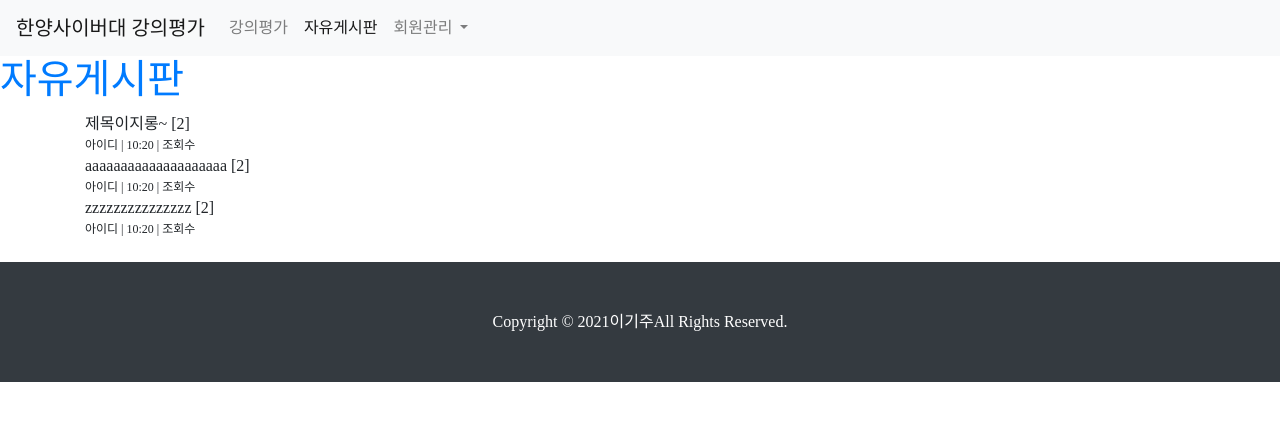
Repository: lkjjjang/hycu
Page: http://localhost/hycujjang/mobile.jsp
These files come from the project's save history. The page is drawn as it stood at one moment and after the next save; the edit follows.
The browser window is 1280 px wide. The pictures show the whole page.
Some web fonts or font styles are not loaded; a fallback is used. The page is served by Tomcat 9. Nobody is signed in. The application's start-up code is not run. Other server files are loaded and not shown.

Above is the page before, as saved 2022-01-02 09:19:31.

### hycujjang/WebContent/mobile.jsp
<%@ page language="java" contentType="text/html; charset=UTF-8"
    pageEncoding="UTF-8"%>
<%@ page import="java.util.ArrayList" %>
<%@ page import="java.net.URLEncoder" %>
<%@ page import="java.io.PrintWriter" %>
<%@ taglib prefix="c" uri="http://java.sun.com/jsp/jstl/core"%>
<%@ taglib prefix="fmt" uri="http://java.sun.com/jsp/jstl/fmt"%>

<!DOCTYPE html>
<html>
<head>
	<meta charset="UTF-8">
	<meta name="viewport" content="width=device-width, initial-scale=1, shrink-to-fit=no">
	<title>한양사이버대 강의평가</title>
	<!-- 부트스트랩 CSS 추가하기 -->
	<link rel="stylesheet"
			href="https://stackpath.bootstrapcdn.com/bootstrap/4.4.1/css/bootstrap.min.css"
			integrity="sha384-Vkoo8x4CGsO3+Hhxv8T/Q5PaXtkKtu6ug5TOeNV6gBiFeWPGFN9MuhOf23Q9Ifjh"
			crossorigin="anonymous">
	<!-- 커스텀 CSS 추가하기 -->
	<link rel="stylesheet" href="./css/custom.css">
	<style>
		.b{
			border: solid 1px black;
		}
	</style>
</head>
<body>
	<nav class="navbar navbar-expand-md navbar-light bg-light">
		<a class="navbar-brand" href="index.jsp">한양사이버대 강의평가</a>
		<button class="navbar-toggler" type="button" data-toggle="collapse" data-target="#navbar">
			<span class="navbar-toggler-icon"></span>
		</button>
		<div id="navbar" class="collapse navbar-collapse">
			<ul class="navbar-nav mr-auto">
				<li class="nav-item">
					<a class="nav-link" href="lectureBoardController?pageNumber=1">강의평가</a>
				</li>
				<li class="nav-item active">
					<a class="nav-link" href="freeBoardController?pageNumber=1">자유게시판</a>
				</li>
				<li class="nav-item dropdown">
					<a class="nav-link dropdown-toggle" id="dropdown" data-toggle="dropdown" href="index.jsp">
						회원관리
					</a>
					<div class="dropdown-menu" aria-labelledby="dropdown">
						<a class="dropdown-item" href="logout.jsp">로그아웃</a>
					</div>
				</li>
			</ul>
		</div>
	</nav>
	<h1>
   		<a class="ed link-primary text-bold title-underline" href="freeBoardController?pageNumber=1">자유게시판</a>
	</h1>
	<div class="container">
		<div class="row">
			<div class="col-12">
				제목이지롱~ [2]
			</div>
			<div class="col-12" style="font-size: 12px">
				아이디 | 10:20 | 조회수
			</div>
		</div>
		<div class="row">
			<div class="col-12">
				aaaaaaaaaaaaaaaaaaaa [2]
			</div>
			<div class="col-12" style="font-size: 12px">
				아이디 | 10:20 | 조회수
			</div>
		</div>
		<div class="row">
			<div class="col-12">
				zzzzzzzzzzzzzzz [2]
			</div>
			<div class="col-12" style="font-size: 12px">
				아이디 | 10:20 | 조회수
			</div>
		</div>
	</div>
  		<!--
  		${userID == 'admin'} 세션에 있는 유저 아이디
  		넘어오는 목록${freeBBS}
  		<c:if test="${userID == 'admin'}">
			<input type="checkbox" name="delCheck_id" id="delCheck_id" value="${freeBBS.bbsID}">
		</c:if>
		${freeBBS.bbsID}
		<a href="freeBoardDetailController?id=${freeBBS.bbsID}">${freeBBS.bbsTitle}</a>

  		${freeBBS.nickName}
  		${freeBBS.bbsHit}
  		${freeBBS.bbsDate}

  		-->
		<!-- 페이지번호 출력 -->
		<!-- 파라미터로 들어오는 페이지 번호를 이용해 startNum값을 구함 -->



	<footer class="bg-dark mt-4 p-5 text-center" style="color: #FFFFFF;">
		Copyright &copy; 2021이기주All Rights Reserved.
	</footer>
	<script src="https://code.jquery.com/jquery-3.6.0.js"
  			integrity="sha256-H+K7U5CnXl1h5ywQfKtSj8PCmoN9aaq30gDh27Xc0jk="
  			crossorigin="anonymous">
	</script>
	<script src="https://cdn.jsdelivr.net/npm/popper.js@1.16.0/dist/umd/popper.min.js"
			integrity="sha384-Q6E9RHvbIyZFJoft+2mJbHaEWldlvI9IOYy5n3zV9zzTtmI3UksdQRVvoxMfooAo"
			crossorigin="anonymous">
	</script>
	<script src="https://maxcdn.bootstrapcdn.com/bootstrap/4.0.0/js/bootstrap.min.js"
			integrity="sha384-JZR6Spejh4U02d8jOt6vLEHfe/JQGiRRSQQxSfFWpi1MquVdAyjUar5+76PVCmYl"
			crossorigin="anonymous">
	</script>
	<script type="text/javascript">
		function guestWrite() {
			alert('게스트 계정은 글작성이 불가능 합니다.');
		}
	</script>
	<script type="text/javascript">
		function deleteAll() {
			var checkList = document.getElementsByName('delCheck_id');
			var checkedList = new Array();
			var count = 0;
			for (var i = 0; i < checkList.length; i++) {
				if (checkList[i].checked == true) {
					count++;
					checkedList[i] = checkList[i].value;
				}
			}

			if (count == 0) {
				alert('선택사항이 없습니다.');
				return;
			}

			var data = new Array();
			for (var i = 0; i < checkedList.length; i++) {
				if (checkedList[i] != null) {
					var dataTemp = new Object();
					dataTemp.id = checkedList[i];
					data.push(dataTemp);
				}
			}

			$.ajax({
				type: "post",
				url: "freeBoardDeleteController",
				data: JSON.stringify(data),
				contentType: "application/json; charset=utf-8",
				dataType: "json",

				success: function(json) {
					if (json[0].resultCode == 'ok') {
						alert('삭제 되었습니다.');
					} else {
						alert('데이터베이스 오류 입니다.');
					}
					location.reload();
				},
				error: function(json) {
					alert('시스템 오류 입니다.')
				}
			});
		}
	</script>
	<script type="text/javascript">
		function select(tagID) {
			var id = tagID.id;
			var checkList = document.getElementsByName('delCheck_id');
			for (var i = 0; i < checkList.length; i++) {
				if (id == 'selectAll') {
					checkList[i].checked = true;
				} else {
					checkList[i].checked = false;
				}
			}

			if (id == 'selectAll') {
				changeId('cancel', '선택해제');
			} else {
				changeId('selectAll', '전체선택');
			}
		}

		function changeId(id, text)  {
			  const btnElement = document.getElementById('checkList');
			  btnElement.innerHTML = '<button class="btn btn-primary" id="' + id + '" onclick="select(this)">'+ text +'</button>' +
			  							'<button class="btn btn-danger" id="deleteAll" onclick="deleteAll()">선택삭제</button>';
		}
	</script>
</body>
</html>

### hycujjang/WebContent/css/custom.css
@import url(https://fonts.googleapis.com/earlyaccess/jejugothic.css);
@import url(https://fonts.googleapis.com/css2?family=Nanum+Gothic&display=swap);
.navbar-brand, h1, h2, h3, h4 {
	font-family: 'Jeju Gothic';
}
h5 {
	font-family: 'Jeju Gothic';
	font-size: 18px;
}
body {
	font-family: 'Nanum Gothic';
}

After the next save:
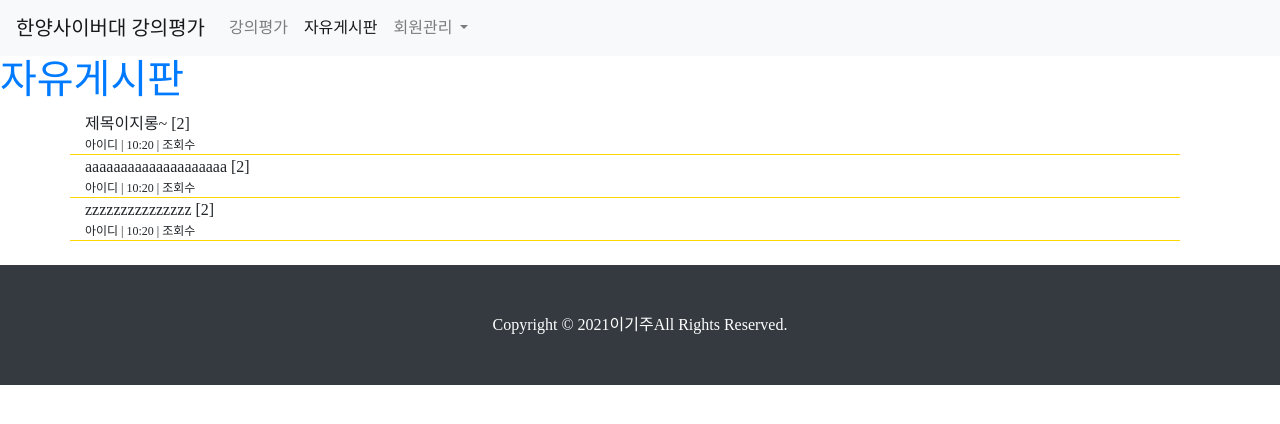
Saved 101 s later.
--- a/hycujjang/WebContent/mobile.jsp
+++ b/hycujjang/WebContent/mobile.jsp
@@ -54,7 +54,7 @@
    		<a class="ed link-primary text-bold title-underline" href="freeBoardController?pageNumber=1">자유게시판</a>
 	</h1>
 	<div class="container">
-		<div class="row">
+		<div class="row" style="height: auto; width: 100%; border-bottom:1px solid gold;">
 			<div class="col-12">
 				제목이지롱~ [2]
 			</div>
@@ -62,7 +62,7 @@
 				아이디 | 10:20 | 조회수
 			</div>
 		</div>
-		<div class="row">
+		<div class="row" style="height: auto; width: 100%; border-bottom:1px solid gold;">
 			<div class="col-12">
 				aaaaaaaaaaaaaaaaaaaa [2]
 			</div>
@@ -70,7 +70,7 @@
 				아이디 | 10:20 | 조회수
 			</div>
 		</div>
-		<div class="row">
+		<div class="row" style="height: auto; width: 100%; border-bottom:1px solid gold;">
 			<div class="col-12">
 				zzzzzzzzzzzzzzz [2]
 			</div>
